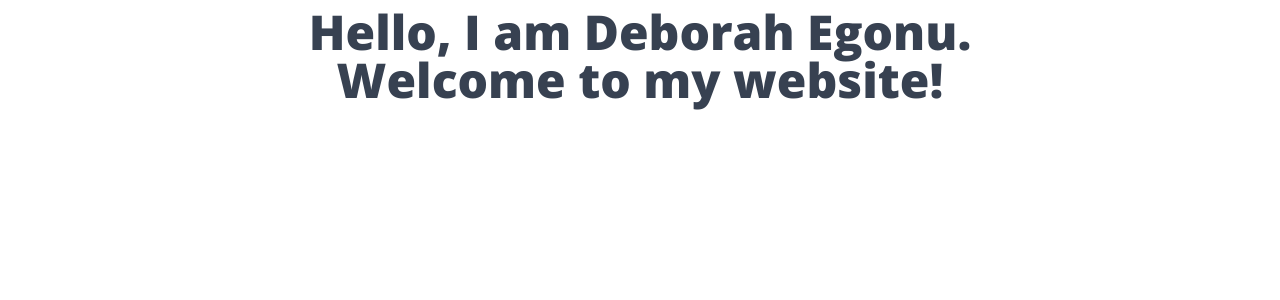
Repository: latenightsnacc/codewithdeb
Page: index.html
The author's editor kept a copy of each file at every save. The page is drawn from the files as they stood at one save, then again after the next save.
The browser window is 1280 px wide. The pictures show the whole page.

Above is the page before, as saved 2021-06-07 10:36:44.

After the next save:
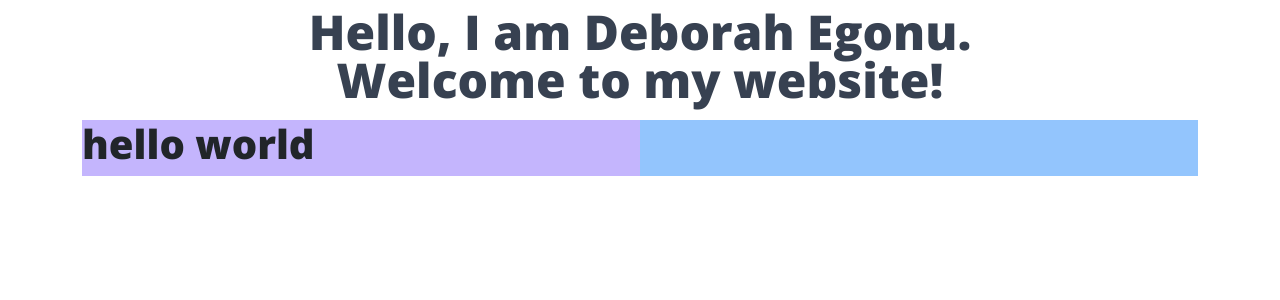
Saved 19 s later.
--- a/index.html
+++ b/index.html
@@ -30,7 +30,9 @@
     <!--GRID-->
     <div class="container">
         <div class="grid grid-cols-1 md:grid-cols-2">
-            <div class="bg-purple-300"></div>
+            <div class="bg-purple-300">
+                <h1>hello world</h1>
+            </div>
             <div class="bg-blue-300"></div>
         </div>
     </div>
